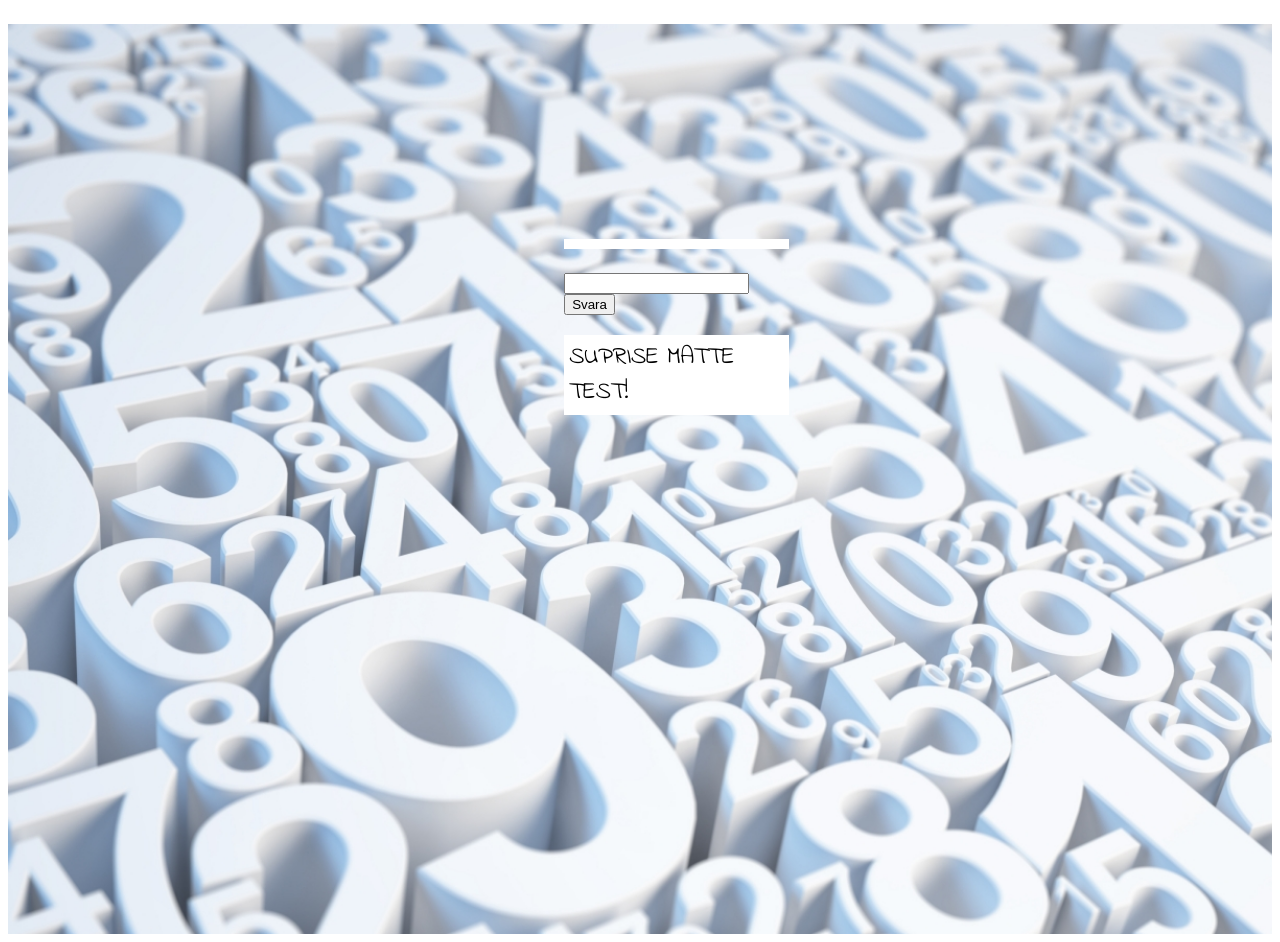
Repository: lw222gz/1dv403-laborationer-lw222gz
Page: 4-thequiz/index.html
The author's editor kept a record of every edit. The page is drawn from the files as they stood at one moment, then again after the next edit.
The browser window is 1280 px wide. The pictures show the whole page.
The page's requests for data from a server got no answer.

Above is the page before.

After the next edit:
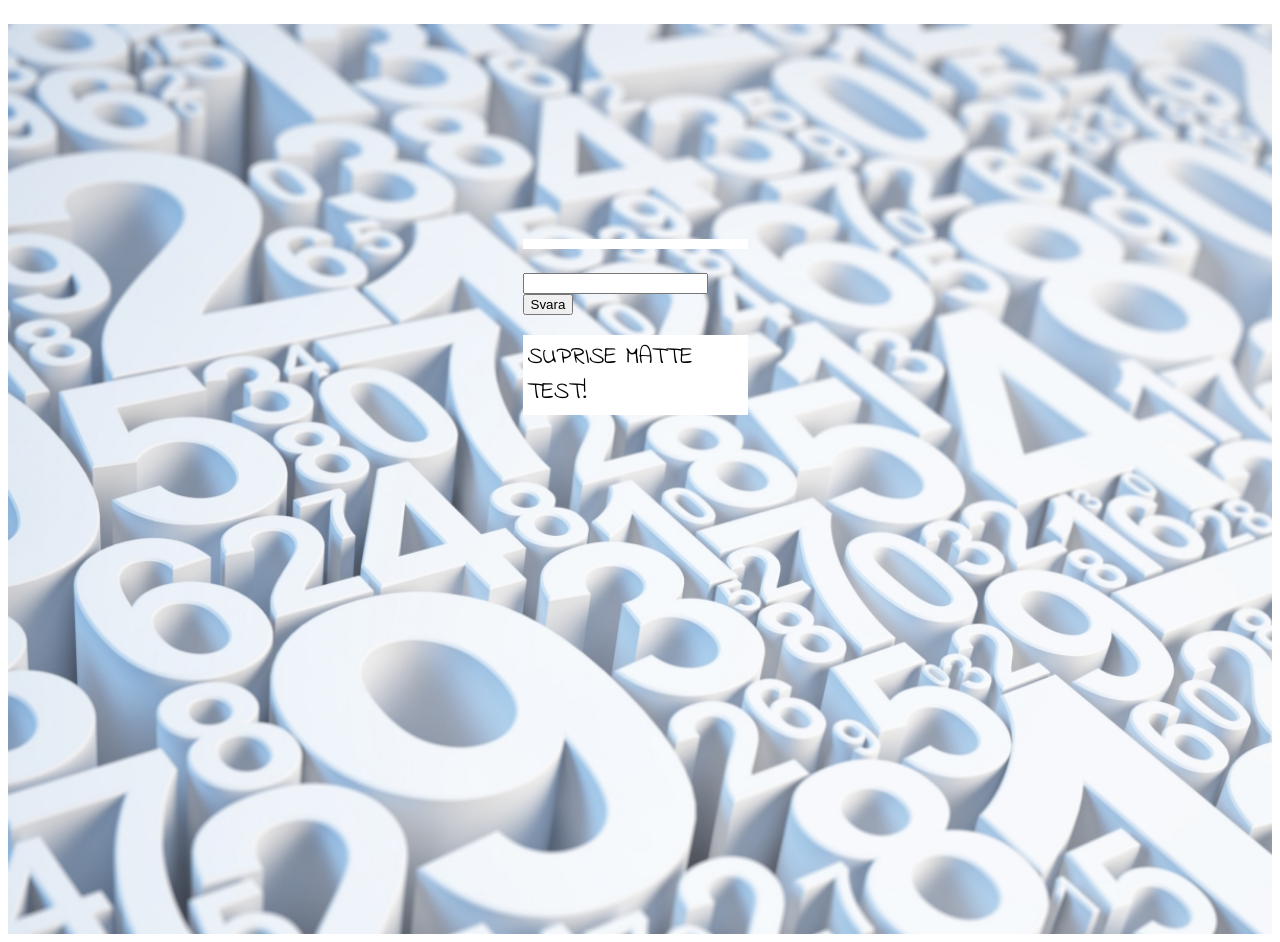
The edit:
--- a/4-thequiz/style.css
+++ b/4-thequiz/style.css
@@ -8,7 +8,9 @@
 }
 #board{
     position:relative;
-    left:44%;
+    margin-left:auto;
+    margin-right:auto;
+    display:block;
     top:215px;
     width:235px;
     height:65px;
